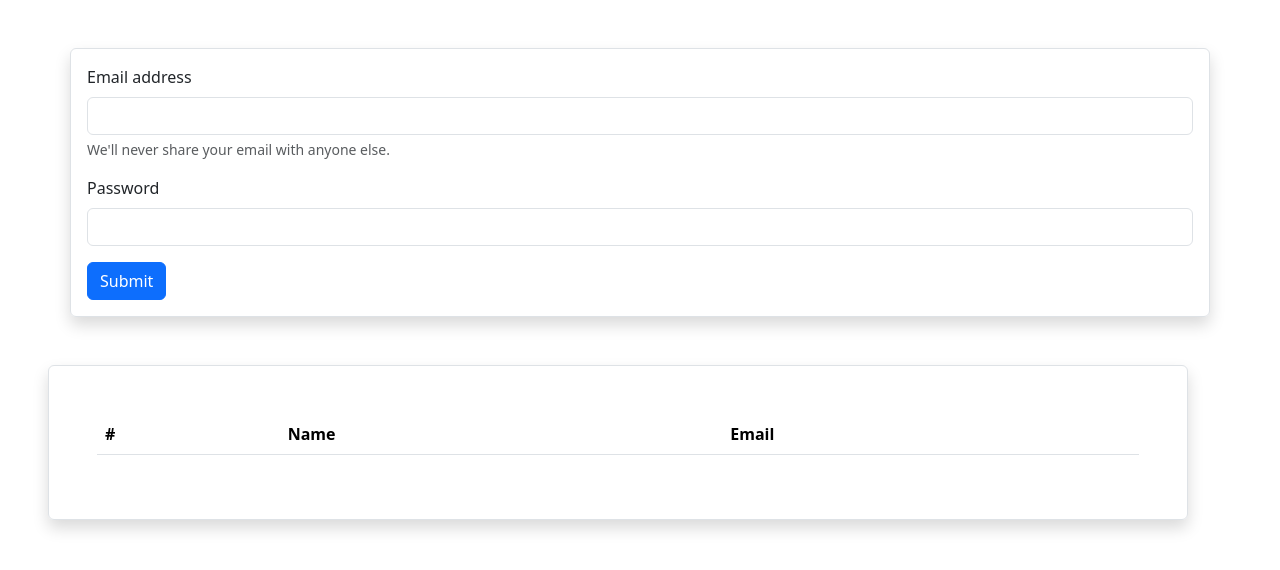
Repository: Ruddro420/laravel-curd-operation
Page: http://localhost/user
An editor plug-in stored every save of this project. The page is shown before and after the next save, followed by the edit.
The browser window is 1280 px wide. The pictures show the whole page.
The page is served by the project's Laravel application, run on PHP 8.4 with Laravel 12. Other server files are loaded and not shown. Queries for data that is not in the repository find no rows.

Above is the page before, as saved 2024-09-20 20:31:54.

### routes/web.php
<?php

use App\Http\Controllers\UserController;
use Illuminate\Support\Facades\Route;

Route::get('/', function () {
    return view('welcome');
});

Route::get('/user', [UserController::class, 'index'])->name('user');
Route::post('/user/add', [UserController::class, 'create'])->name('user.store');

### app/Http/Controllers/UserController.php
<?php

namespace App\Http\Controllers;

use App\Models\UserData;
use Illuminate\Http\Request;

class UserController extends Controller
{
    /**
     * Display a listing of the resource.
     */
    public function index()
    {
        $data = UserData::all();
        return view('home',compact('data'));
    }

    /**
     * Show the form for creating a new resource.
     */
    public function create(Request $request)
    {

        $data = new UserData();
        $data->name = $request->name;
        $data->email = $request->email;
        $data->save();
        return redirect()->route('user');
    }

    /**
     * Store a newly created resource in storage.
     */
    public function store(Request $request)
    {
        //
    }

    /**
     * Display the specified resource.
     */
    public function show(string $id)
    {
        //
    }

    /**
     * Show the form for editing the specified resource.
     */
    public function edit(string $id)
    {
        //
    }

    /**
     * Update the specified resource in storage.
     */
    public function update(Request $request, string $id)
    {
        //
    }

    /**
     * Remove the specified resource from storage.
     */
    public function destroy(string $id)
    {
        //
    }
}

### app/Models/UserData.php
<?php

namespace App\Models;

use Illuminate\Database\Eloquent\Factories\HasFactory;
use Illuminate\Database\Eloquent\Model;

class UserData extends Model
{
    use HasFactory;
}

### resources/views/home.blade.php
<!DOCTYPE html>
<html lang="en">

<head>
    <meta charset="UTF-8">
    <meta name="viewport" content="width=device-width, initial-scale=1.0">
    <link href="https://cdn.jsdelivr.net/npm/bootstrap@5.3.3/dist/css/bootstrap.min.css" rel="stylesheet" integrity="sha384-QWTKZyjpPEjISv5WaRU9OFeRpok6YctnYmDr5pNlyT2bRjXh0JMhjY6hW+ALEwIH" crossorigin="anonymous">
    <title>Document</title>
</head>

<body>
    <div class="container mt-5 border shadow p-3 rounded">
        <div class="row">
            <div class="col">
                <form action="{{ route('user.store') }}" method="POST" enctype="multipart/form-data">
                    @csrf
                    <div class="mb-3">
                        <label for="exampleInputEmail1" class="form-label">Email address</label>
                        <input type="text" class="form-control" id="exampleInputEmail1" aria-describedby="emailHelp" name="name">
                        <div id="emailHelp" class="form-text">We'll never share your email with anyone else.</div>
                    </div>
                    <div class="mb-3">
                        <label for="exampleInputPassword1" class="form-label">Password</label>
                        <input type="email" class="form-control" id="exampleInputPassword1" name="email">
                    </div>

                    <button type="submit" class="btn btn-primary">Submit</button>
                </form>
            </div>
        </div>
    </div>

    <div class="container m-5 p-5 border rounded shadow">
        <div class="row">
            <div class="col">
                <table class="table">
                    <thead>
                        <tr>
                            <th scope="col">#</th>
                            <th scope="col">Name</th>
                            <th scope="col">Email</th>
                        </tr>
                    </thead>
                    <tbody>
                        @foreach ($data as $key => $value)
                        <tr>
                            <th scope="row">1</th>
                            <td>{{$value->name}}</td>
                            <td>{{$value->email}}</td>
                        </tr>
                        @endforeach
                    </tbody>
                </table>
            </div>
        </div>
    </div>

    <script src="https://cdn.jsdelivr.net/npm/bootstrap@5.3.3/dist/js/bootstrap.bundle.min.js" integrity="sha384-YvpcrYf0tY3lHB60NNkmXc5s9fDVZLESaAA55NDzOxhy9GkcIdslK1eN7N6jIeHz" crossorigin="anonymous"></script>
</body>

</html>

Loaded but not shown: app/Http/Controllers/Controller.php (common file)

After the next save:
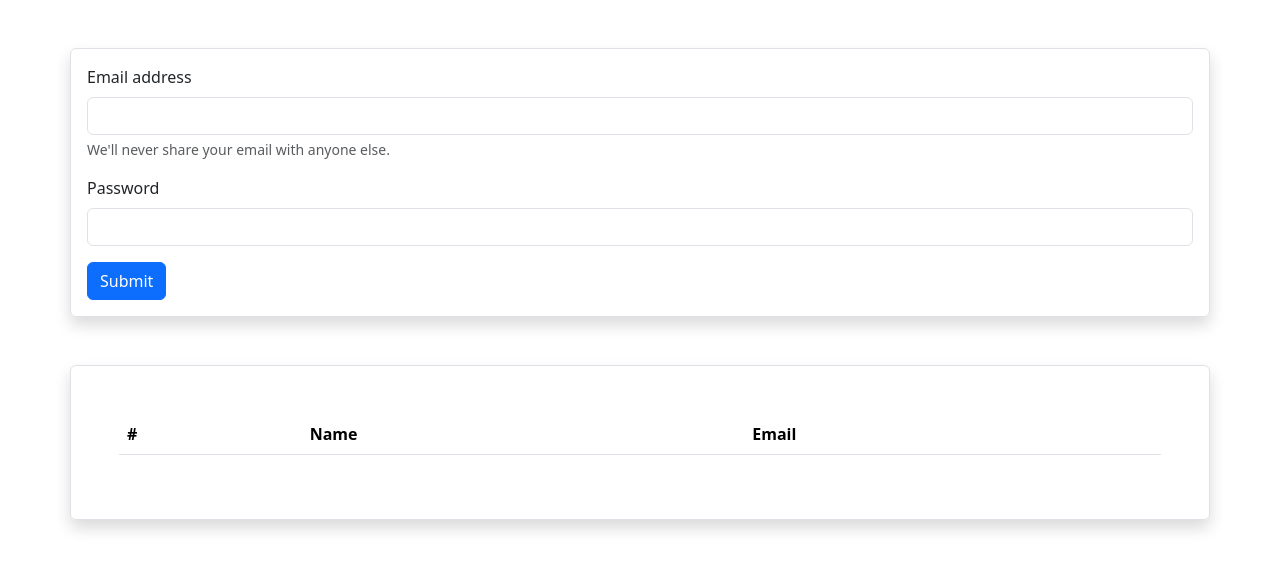
Saved 11 s later.
--- a/resources/views/home.blade.php
+++ b/resources/views/home.blade.php
@@ -30,7 +30,7 @@
         </div>
     </div>
 
-    <div class="container m-5 p-5 border rounded shadow">
+    <div class="container m-5 p-5 border rounded shadow mx-auto">
         <div class="row">
             <div class="col">
                 <table class="table">
